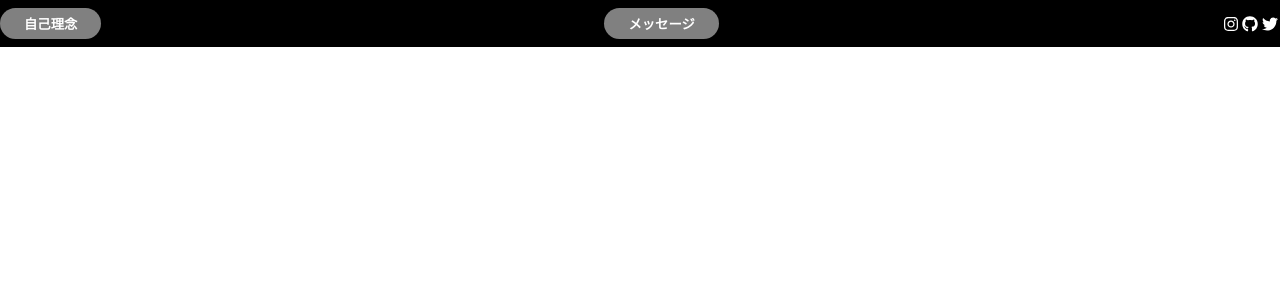
Repository: Rujuu-prog/react-mysite
Page: /
The author's editor kept a copy of each file at every save. The page is drawn from the files as they stood at one save, then again after the next save.
The browser window is 1280 px wide. The pictures show the whole page.
The project was rebuilt for these pictures with package versions that can differ from the ones it lists, and the page was loaded fresh each time. A package was used in the major version that the imports need, not the one package.json lists.

Above is the page before, as saved 2021-05-12 15:46:55.

### src/App.tsx
import React from 'react';
import { BrowserRouter, Link, Switch, Route } from "react-router-dom";
// import { Router } from "./router/Router";
import './App.css';
import { PrimaryButton } from './components/atoms/button/PrimaryButton';
import { Github } from './components/atoms/icon/Github';
import { Instagram } from './components/atoms/icon/Instagram';
import { Twitter } from './components/atoms/icon/Twitter';
import { IconList } from './components/molecules/IconList';
import { HeaderOnly } from './components/templates/HeaderOnly';



export default function App() {
  return (
    // <BrowserRouter>
      <div className="App" >
        <HeaderOnly/>

      </div>
    // </BrowserRouter>
  );
}

### src/components/templates/HeaderOnly.tsx
import React from "react";
import { Link } from "react-router-dom";
import styled from "styled-components";

import { Header } from "../atoms/layout/Header";
import { PrimaryButton } from "../atoms/button/PrimaryButton"
import { IconList } from "../molecules/IconList";

type Props = {
    children?: React.ReactNode;
};

export const HeaderOnly: React.FC<Props> = ({children}) => {
    return (
    <>
        <Header>
            <PrimaryButton>自己理念</PrimaryButton>
            <PrimaryButton>メッセージ</PrimaryButton>
            <IconList/>
        </Header>
        {children}
    </>
    );
};


// const SLink = styled(Link)`
//     margin: 0 8px;
// `;

### src/components/atoms/layout/Header.tsx
import React from "react";
import styled from "styled-components";

import { PrimaryButton } from '../button/PrimaryButton'

type Props = {
    children?: React.ReactNode;
}

export const Header: React.FC<Props> = ({children}) => {
    return (<SHeader>{children}</SHeader>);
};

const SHeader = styled.header`
    display: flex;
    justify-content: space-between;
    align-items: center;
    width: 100%;
    height: 20%;
    background-color: black;
    color: #fff;
    text-align: center;
    padding: 8px 0;
`;

### src/components/atoms/button/PrimaryButton.tsx
import styled from "styled-components";
import { BaseButton } from "./BaseButton";

export const PrimaryButton = (props:any) => {
    const { children } = props;
    return <SButton>{children}</SButton>;
};

const SButton = styled(BaseButton)`
    // background-color: #40514e;
    background-color: gray;
`;

### src/components/molecules/IconList.tsx
import React from "react";
import styled from "styled-components";
import { Github } from "../atoms/icon/Github";
import { Instagram } from "../atoms/icon/Instagram";
import { Twitter } from "../atoms/icon/Twitter";

export const IconList:React.FC = () => {
    return(
        <SIconContainer>
            <Instagram/>
            <Github/>
            <Twitter/>
        </SIconContainer>
    );
};

const SIconContainer = styled.div`
    display: flex;
    align-items: center;
`;

### src/components/atoms/button/BaseButton.tsx
import styled from "styled-components";

export const BaseButton = styled.button`
    color: #fff;
    font-weight: bold;
    padding: 6px 24px;
    border: none;
    border-radius: 9999px;
    outline: none;
    &:hover {
        cursor: pointer;
        opacity: 0.8;
    }
`;

### src/components/atoms/icon/Github.tsx
import { faGithub, faInstagram } from "@fortawesome/free-brands-svg-icons";
import { FontAwesomeIcon } from "@fortawesome/react-fontawesome"

const IconStyle = {
    padding:"2",
    fontsize:"50"
}

export const Github:React.FC = () => {
    return(<FontAwesomeIcon style={IconStyle} icon={faGithub}></FontAwesomeIcon>);
}

### src/components/atoms/icon/Instagram.tsx
import { faInstagram } from "@fortawesome/free-brands-svg-icons";
import { FontAwesomeIcon } from "@fortawesome/react-fontawesome"

const IconStyle = {
    padding:"2",
    fontsize:"50"
}

export const Instagram:React.FC = () => {
    return(<FontAwesomeIcon style={IconStyle} icon={faInstagram}></FontAwesomeIcon>);
}

### src/components/atoms/icon/Twitter.tsx
import { faInstagram, faTwitter } from "@fortawesome/free-brands-svg-icons";
import { FontAwesomeIcon } from "@fortawesome/react-fontawesome"

const IconStyle = {
    padding:"2",
    fontsize:"50"
}

export const Twitter:React.FC = () => {
    return(<FontAwesomeIcon style={IconStyle} icon={faTwitter}></FontAwesomeIcon>);
}

Loaded but not shown: public/index.html (common file); src/index.tsx (common file); src/index.css (common file); src/reportWebVitals.ts (common file); src/App.css (common file)

After the next save:
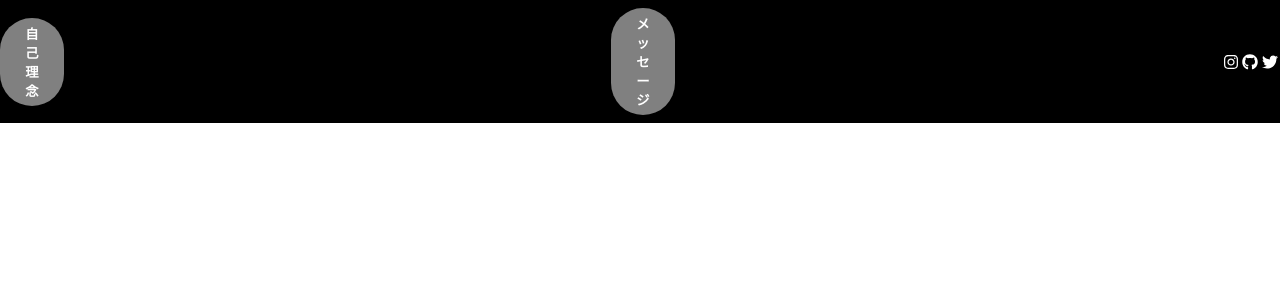
Saved 2 min 47 s later.
--- a/src/components/atoms/button/PrimaryButton.tsx
+++ b/src/components/atoms/button/PrimaryButton.tsx
@@ -7,6 +7,6 @@ export const PrimaryButton = (props:any) => {
 };
 
 const SButton = styled(BaseButton)`
-    // background-color: #40514e;
     background-color: gray;
+    width: 5%;
 `;
